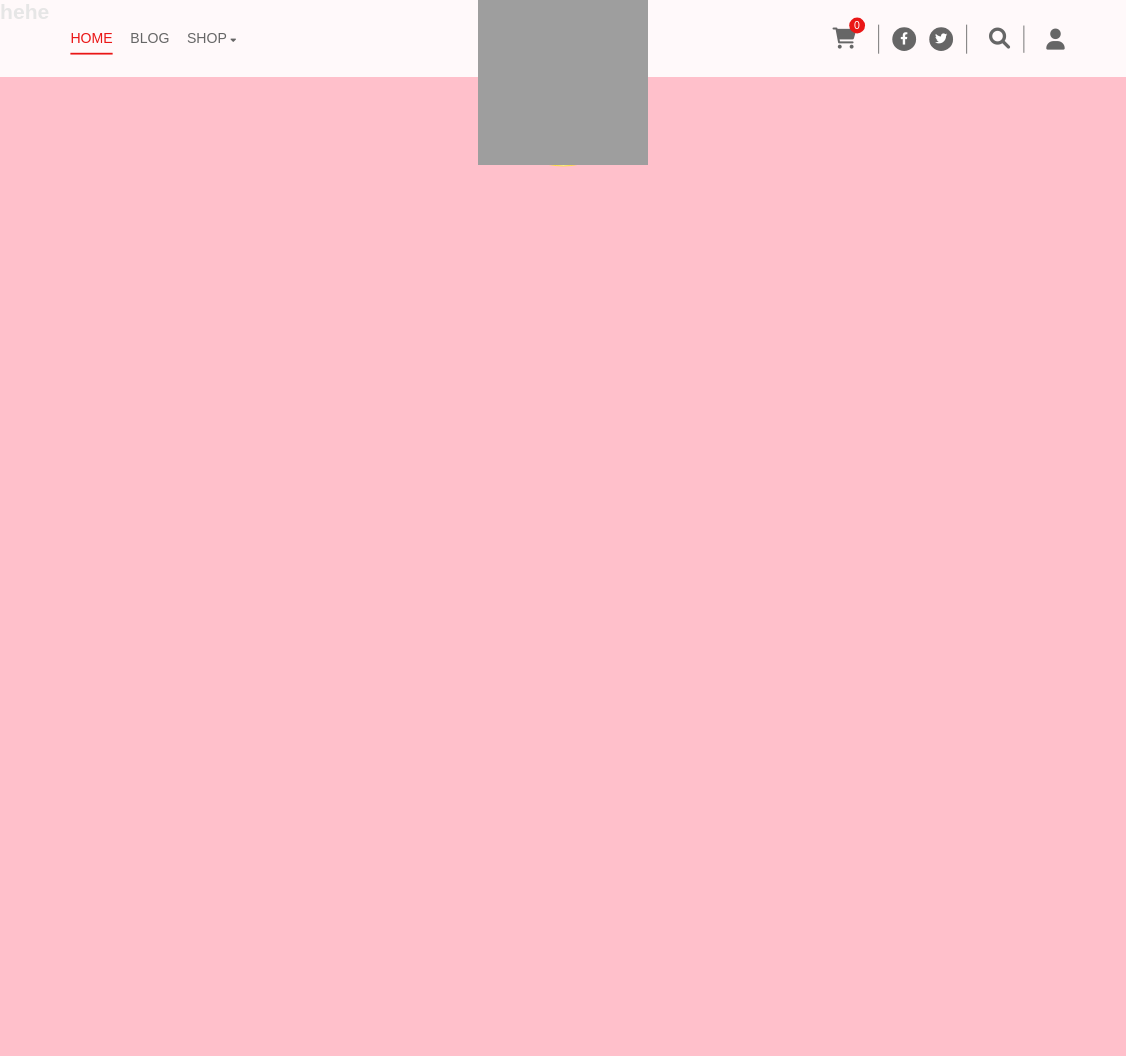
Repository: NguyenDucHung20002/header-and-scroll-top-project-cnpm
Page: blog.html
These files come from the project's save history. The page is drawn as it stood at one moment and after the next save; the edit follows.
The browser window is 1280 px wide. The pictures show the whole page, at 88% of full size.
Pictures or frames that could not be fetched are drawn as grey boxes. The style sheet was rebuilt from its Sass, Less or Tailwind sources for each picture, by a compiler version that may differ from the author's.

Above is the page before, as saved 2022-09-15 10:25:42.
Console error: TypeError: Cannot read properties of undefined (reading 'top')

### blog.html
<!DOCTYPE html>
<html lang="en">

<head>
    <meta charset="UTF-8">
    <meta http-equiv="X-UA-Compatible" content="IE=edge">
    <meta name="viewport" content="width=device-width, initial-scale=1.0">
    <link rel="stylesheet" href="fontawesome-free-6.1.2-web/css/all.min.css">
    <link rel="stylesheet" href="reset.css">
    <link rel="stylesheet" href="dist/css/blog.css">
    <title>Document</title>
</head>

<body>
    <header>
        <div class="header-top">
            <div class="portion-upper">
                <div class="container">
                    <div class="header-left">
                        <nav>
                            <ul class="wrapper-nav-main">
                                <li class="nav-main active-nav-main"><a class="nav-link-main" href="">Home</a></li>
                                <li class="nav-main"><a class="nav-link-main" href="">Blog</a></li>
                                <li class="drop-down nav-main">
                                    <a class="nav-link-main" href="">Shop <i class="fa-solid fa-caret-down"></i></a>
                                    <div class="shop-down">
                                        <aside class="product-categories">
                                            <h2>PRODUCT CATEGORIES</h2>
                                            <nav>
                                                <ul>
                                                    <li><a href="">Dried</a></li>
                                                    <li><a href="">Frozen</a></li>
                                                    <li><a href="">Fruits</a></li>
                                                    <li><a href="">Organic</a></li>
                                                    <li><a href="">Organic farms</a></li>
                                                    <li><a href="">Uncategorized</a></li>
                                                    <li><a href="">Vegitables</a></li>
                                                </ul>
                                            </nav>
                                        </aside>

                                    </div>
                                </li>
                            </ul>
                        </nav>
                    </div>
                    <div class="header-middle">
                        <div class="icon-home">
                            <a class="link-icon-home" href=""><img
                                    src="https://media.discordapp.net/attachments/954942869192450098/1019808643706781776/4Fruits.png"
                                    alt=""></a>
                        </div>
                    </div>
                    <div class="header-right">
                        <div class="cart">
                            <div class="cart-icon">
                                <i class="fa-solid fa-cart-shopping"></i>
                            </div>
                            <div class="quantity">0</div>
                        </div>
                        <div class="info">
                            <div class="facebook icon-info"><i class="fa-brands fa-facebook-f"></i></div>
                            <div class="twitter icon-info"><i class="fa-brands fa-twitter"></i></div>
                        </div>
                        <div class="search">
                            <i class="fa-solid fa-magnifying-glass"></i>
                            <div class="form-search">
                                <input type="text" placeholder="Search...">
                                <button class="btn-search"><i class="fa-solid fa-magnifying-glass"></i></button>
                            </div>
                        </div>
                        <div class="user">
                            <i class="fa-solid fa-user"></i>
                        </div>
                    </div>
                </div>
            </div>
        </div>
    </header>
    <h2 class="hehe">hehe</h2>
</body>
<script src="https://cdnjs.cloudflare.com/ajax/libs/jquery/3.6.0/jquery.min.js"
    integrity="sha512-894YE6QWD5I59HgZOGReFYm4dnWc1Qt5NtvYSaNcOP+u1T9qYdvdihz0PPSiiqn/+/3e7Jo4EaG7TubfWGUrMQ=="
    crossorigin="anonymous" referrerpolicy="no-referrer"></script>
<script src="./blog.js"></script>

</html>

### reset.css
*,
*::after,
*::before {
  margin: 0;
  padding: 0;
  box-sizing: border-box;
}
a {
  text-decoration: none;
  /* mặc đinh là text-decoration: underline; */
}
ul,
ol {
  list-style: none;
}
input,
button {
  outline: none;
  border: none;
  background: none;
}
table,
th,
td {
  border-collapse: collapse;
}

/* Type number: delete ô increment, decrement */
input[type="number"]::-webkit-outer-spin-button,
input[type="number"]::-webkit-inner-spin-button {
  display: none;
  margin: 0;
}

### blog.js
$(document).ready(function () {
  const body = $("html, body");
  const getbody = $("body");

  //------- sự kiện scroll ---------

  const heightWin = $(window).height();
  //icon home
  const iconHome = $(".link-icon-home");
  //banner below
  const bannerBelow = document.querySelectorAll(".wrapper-fruit");
  const topBannerBelow = $(".wrapper-banner").offset().top;
  //btn scroll to top
  const btnScrollTop = $(".btn-to-top");
  actionScroll();
  // catch eventing scroll window
  $(window).scroll(function () {
    actionScroll();
  });
  function actionScroll() {
    let top = $("html, body").scrollTop();
    //scrolling animation icon home
    if (top > 10) {
      iconHome.css({
        transform: "scale(0.7) translateY(-30px)",
      });
    } else {
      iconHome.css({
        transform: "scale(1) translateY(0)",
      });
    }
    //scrolling animation banner below
    if (top + heightWin >= topBannerBelow) {
      bannerBelow.forEach((val, index) => {
        val.classList.add(`action-banner-${index + 1}`);
      });
    }
    //btn scrolling to top
    if (top >= 200) {
      btnScrollTop.addClass("action-show");
    } else {
      btnScrollTop.removeClass("action-show");
    }
  }

  //-----------sự kiện click-------------

  //----------- click to scroll to top ------------
  $(btnScrollTop).click(function (e) {
    e.preventDefault();
    body.animate(
      {
        scrollTop: 0,
      },
      500
    );
  });
});

### blog.scss
.container {
  margin: 0 auto;
  width: 1170px;
}
* {
  font-family: "Poppins", sans-serif;
}
$headerTopUP: #ffffff;
header {
  .header-top {
    z-index: 100;
    position: fixed;
    width: 100%;
    .portion-upper {
      background-color: rgba(#ffffff, 0.9);
      padding: 15px 0;
      .container {
        padding: 0 15px;
        display: flex;
        justify-content: space-between;
        align-items: center;
        position: relative;
        .header-left {
          .wrapper-nav-main {
            display: flex;
            justify-content: center;
            align-items: center;
            .nav-main {
              margin: 0 10px;
              .nav-link-main {
                padding: 10px 0;
                font-size: 16px;
                text-transform: uppercase;
                color: #666666;
                position: relative;
                &::after {
                  content: "";
                  position: absolute;
                  bottom: 0;
                  right: 0;
                  width: 0;
                  height: 2px;
                  background-color: #ea1616;
                  transition: 0.3s;
                }
                &:hover {
                  color: #ab1e32;
                  &::after {
                    left: 0;
                    width: 100%;
                  }
                }
                i {
                  font-size: 10px;
                }
              }
              &.active-nav-main {
                .nav-link-main {
                  color: #ea1616;
                  &::after {
                    content: "";
                    width: 100%;
                    height: 2px;
                  }
                }
              }
            }
            .drop-down {
              position: relative;
              &:hover {
                .shop-down {
                  opacity: 1;
                  visibility: visible;
                }
              }
              .shop-down {
                background-color: #ffffff;
                position: absolute;
                top: calc(100% + 10px);
                right: 0;
                transform: translate(50px);
                transition: 0.3s;
                opacity: 0;
                visibility: hidden;
                border: 1px rgba(#666666, 0.2) solid;
                max-width: 250px;
                .product-categories {
                  width: 100%;
                  flex: 1;
                  border-right: 1px rgba(#666666, 0.2) solid;
                  h2 {
                    width: 100%;
                    font-size: 16px;
                    font-weight: 700;
                    padding: 30px 30px;
                    white-space: nowrap;
                    color: #666666;
                    border-bottom: 1px #666666 solid;
                  }
                  ul {
                    li {
                      width: 100%;
                      a {
                        width: 100%;
                        border-top: 1px rgba(#666666, 0.3) solid;
                        display: inline-block;
                        font-size: 14px;
                        color: #666666;
                        padding: 15px 20px;
                        transition: 0.2s;
                        &:hover {
                          background-color: #3a3939;
                          color: $headerTopUP;
                        }
                      }
                    }
                  }
                }
              }
            }
          }
        }
        .header-middle {
          position: absolute;
          left: 50%;
          top: 0;
          z-index: 11;
          .icon-home {
            transform: translate(-50%, 10px);
            a {
              position: relative;
              background-color: #f0f7ef;
              transition: 0.3s;
              width: 164px;
              height: 164px;
              display: inline-block;
              border-radius: 50%;
              border: 1px solid #fcdc28;
              cursor: pointer;
              img {
                position: absolute;
                top: 40%;
                left: 50%;
                transform: translate(-50%, -50%);
                z-index: 1;
                width: 120%;
                height: 120%;
              }
            }
          }
        }
        .header-right {
          display: flex;
          justify-content: center;
          align-items: center;
          .cart {
            cursor: pointer;
            position: relative;
            .cart-icon {
              font-size: 24px;
              color: #666666;
            }
            .quantity {
              color: #ffffff;
              position: absolute;
              width: 18px;
              height: 18px;
              background-color: #ea1616;
              font-size: 12px;
              bottom: 70%;
              left: 70%;
              border-radius: 50%;
              text-align: center;
              line-height: 18px;
            }
          }
          .info {
            font-size: 14px;
            padding: 3px 15px;
            margin: 0 25px;
            border-left: 1px #666666 solid;
            border-right: 1px #666666 solid;
            display: flex;
            justify-content: center;
            align-items: center;
            .icon-info {
              width: 27px;
              height: 27px;
              cursor: pointer;
              background-color: #666666;
              border-radius: 50%;
              text-align: center;
              i {
                line-height: 27px;
                color: #ffffff;
                transition: 0.3s;
              }
            }
            .facebook {
              margin-right: 15px;
              transition: 0.3s;
              &:hover {
                background-color: #3b5998;
                i {
                  color: $headerTopUP;
                }
              }
            }
            .twitter {
              transition: 0.3s;
              &:hover {
                background-color: #55acee;
                i {
                  color: $headerTopUP;
                }
              }
            }
          }
          .search {
            font-size: 24px;
            cursor: pointer;
            color: #666666;
            position: relative;
            padding: 15px 0;
            margin-right: 15px;
            &:hover {
              .form-search {
                opacity: 1;
                visibility: visible;
                transform: translateY(10px);
              }
            }
            .form-search {
              right: 0;
              transition: 0.3s;
              opacity: 0;
              visibility: hidden;
              position: absolute;
              min-width: 280px;
              background-color: #ffffff;
              border-radius: 5px;
              padding: 15px;
              display: flex;
              input {
                flex-grow: 1;
                padding: 10px 20px;
                background-color: #f4f4f4;
                &::placeholder {
                  color: #222222;
                  transition: 0.3s;
                }
                &:focus {
                  &::placeholder {
                    opacity: 0;
                  }
                }
              }
              .btn-search {
                width: 50px;
                height: 50px;
                background-color: #f4f4f4;
                cursor: pointer;
              }
            }
          }
          .user {
            border-left: #666666 1px solid;
            padding: 3px 0;
            i {
              font-size: 24px;
              line-height: 24px;
              cursor: pointer;
              color: #666666;
              padding-left: 25px;
            }
          }
        }
      }
    }
  }
}
.hehe {
  width: 100vw;
  height: 1200px;
  background-color: pink;
}

Loaded but not shown: fontawesome-free-6.1.2-web/css/all.min.css (library)

After the next save:
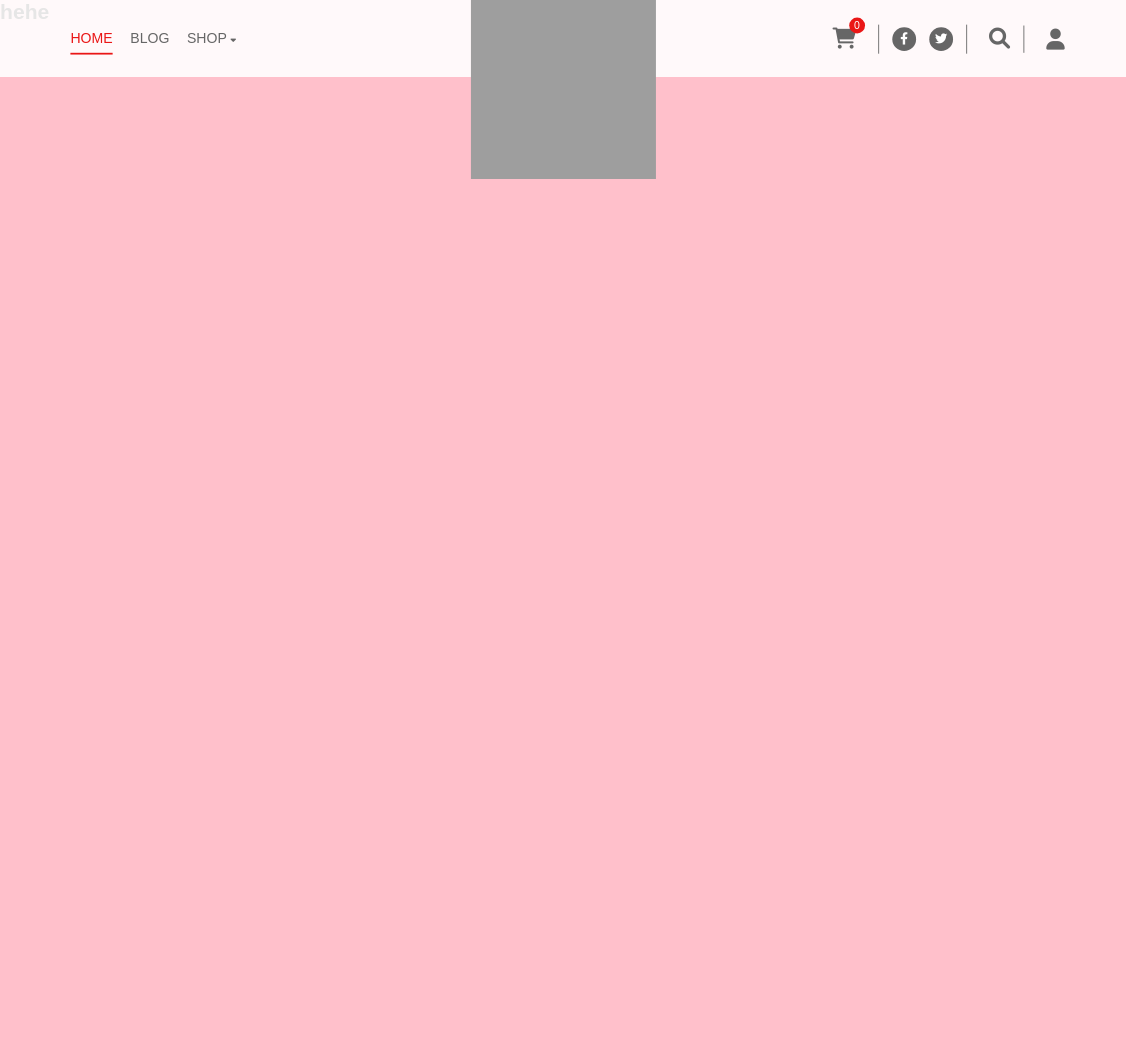
Saved 10 s later.
--- a/blog.scss
+++ b/blog.scss
@@ -139,12 +139,12 @@
               cursor: pointer;
               img {
                 position: absolute;
-                top: 40%;
+                top: 45%;
                 left: 50%;
                 transform: translate(-50%, -50%);
                 z-index: 1;
-                width: 120%;
-                height: 120%;
+                width: 130%;
+                height: 130%;
               }
             }
           }
